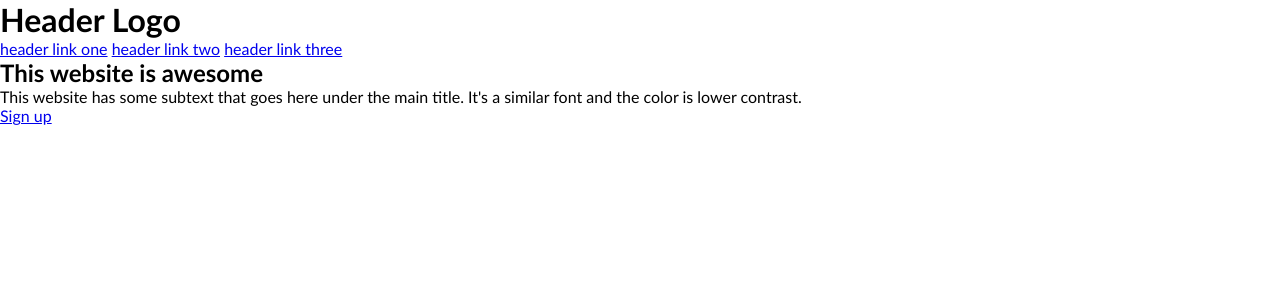
Repository: Pafestivo/Dummy-Landing-Page
Page: index.html
The author's editor kept a copy of each file at every save. The page is drawn from the files as they stood at one save, then again after the next save.
The browser window is 1280 px wide. The pictures show the whole page.

Above is the page before, as saved 2022-09-26 17:33:21.

### index.html
<!DOCTYPE html>
<html lang="en">
<head>
    <meta charset="UTF-8">
    <meta name="viewport" content="width=device-width, initial-scale=1.0">
    <link rel="stylesheet" href="styles.css">
    <title>Landing Page</title>
</head>
<body>
    <header>
        <h1>Header Logo</h1>
        <nav>
            <a href="#">header link one</a>
            <a href="#">header link two</a>
            <a href="#">header link three</a>
        </nav>
    </header>
    <main>
        <section class="first">
            <h1>This website is awesome</h1>
            <p>This website has some subtext that goes here under the main title. It's a similar font and the color is lower contrast.</p>
            <a href="#">Sign up</a>
            <img
            src=""
            alt=""
            />
        </section> <!-- /first -->

        <section class="second">

        </section> <!-- /second -->

        <section class="third">

        </section> <!-- /third -->

        <section class="fourth">

        </section> <!-- /fourth -->

        <footer>

        </footer>
    </main>
</body>
</html>

### styles.css
* {
  padding: 0;
  margin: 0;
  box-sizing: border-box;
}

body {
  font-family: Trebuchet MS;
}

After the next save:
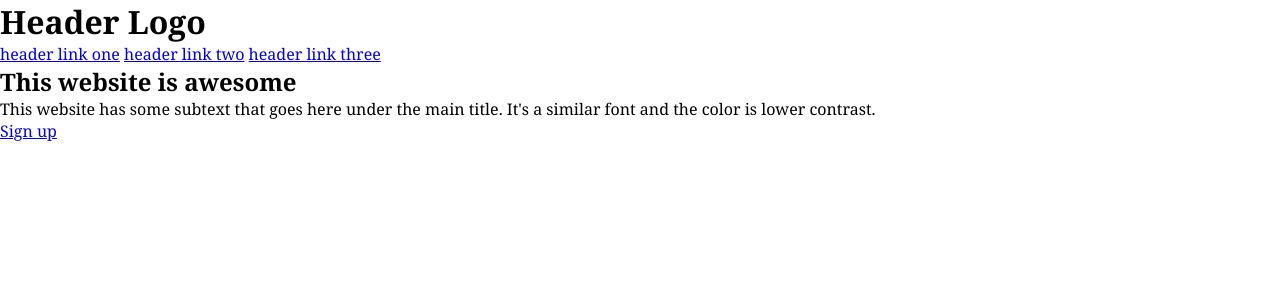
Saved 18 s later.
--- a/styles.css
+++ b/styles.css
@@ -5,5 +5,5 @@
 }
 
 body {
-  font-family: Trebuchet MS;
+  font-family: Georgia, 'Times New Roman', Times, serif;
 }
